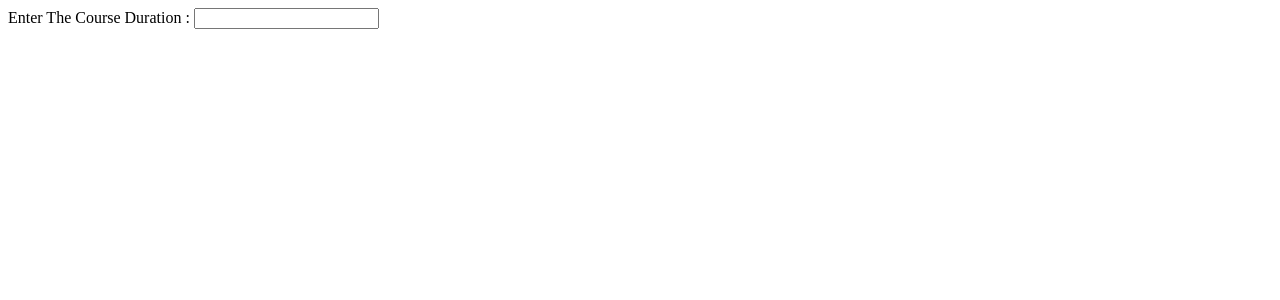
Repository: Gauravsh20/CollegeProject
Page: http://localhost/Clg_project/Add_Courses.jsp
The author's editor kept a copy of each file at every save. The page is drawn from the files as they stood at one save, then again after the next save.
The browser window is 1280 px wide. The pictures show the whole page.
The page is served by Tomcat 9. Other server files are loaded and not shown.

Above is the page before, as saved 2022-10-25 04:58:45.

### Clg_project/src/main/webapp/Add_Courses.jsp
<%@ page language="java" contentType="text/html; charset=ISO-8859-1"
    pageEncoding="ISO-8859-1"%>
<!DOCTYPE html>
<html>
<head>
	<meta name="viewport" content="width=device-width, initial-scale=1">
	<meta charset="ISO-8859-1">
<title>Insert title here</title>
</head>
<body>
Enter The Course Duration :
<input type="number" name="courseno"/><br/><br/>

</body>
</html>

After the next save:
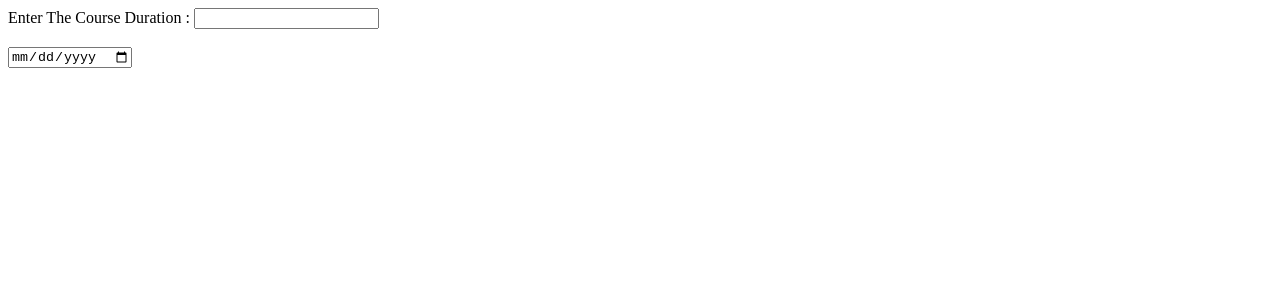
Saved 43 s later.
--- a/Clg_project/src/main/webapp/Add_Courses.jsp
+++ b/Clg_project/src/main/webapp/Add_Courses.jsp
@@ -10,6 +10,6 @@
 <body>
 Enter The Course Duration :
 <input type="number" name="courseno"/><br/><br/>
-
+<input type="Date" name="startDate"/><br/><br/>
 </body>
 </html>
